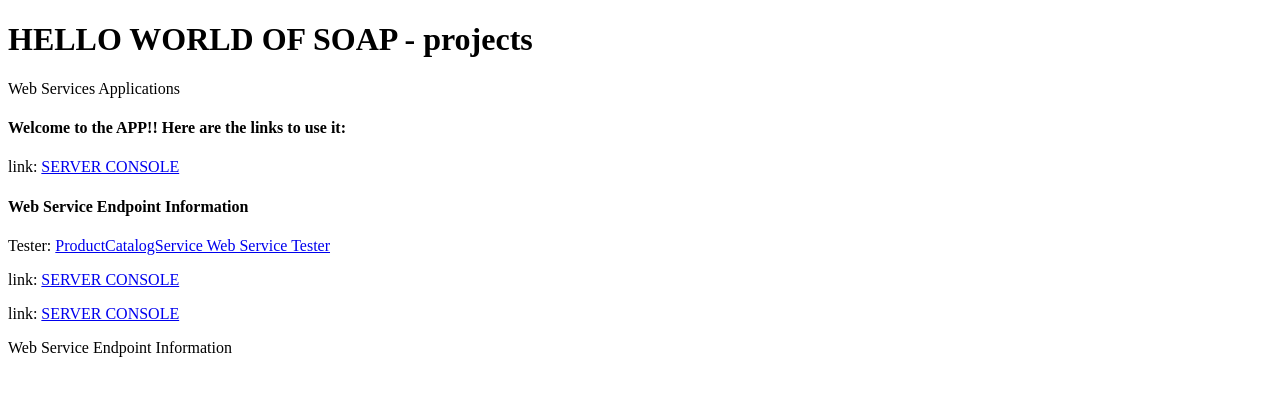
Repository: atafs/BackEnd_JAX-JAX-WS_SOAP
Page: http://localhost/Project_003_SOAP_server_ServiceAndContractFirst/
The author's editor kept a copy of each file at every save. The page is drawn from the files as they stood at one save, then again after the next save.
The browser window is 1280 px wide. The pictures show the whole page.
The page is served by Tomcat 9. Other server files are loaded and not shown.

Above is the page before, as saved 2016-01-26 11:22:57.

### Project_003_SOAP_server_ServiceAndContractFirst/WebContent/index.jsp
<%@ page language="java" contentType="text/html; charset=ISO-8859-1"
    pageEncoding="ISO-8859-1"%>
<!DOCTYPE html PUBLIC "-//W3C//DTD HTML 4.01 Transitional//EN" "http://www.w3.org/TR/html4/loose.dtd">
<html>

<!-- HEADER -->
<head>
<meta http-equiv="Content-Type" content="text/html; charset=ISO-8859-1">
<title>WEB SERVICES</title>
</head>

<!-- BODY -->
<body>
	<h1>HELLO WORLD OF SOAP - projects</h1>
	<p>Web Services Applications</p>

	<!-- LINKS -->
	<h4>Welcome to the APP!! Here are the links to use it: </h4>
	<p>link: <a href="http://localhost:4848/common/index.jsf">SERVER CONSOLE</a></p>

	<h4>Web Service Endpoint Information</h4>
	<p>Tester: <a href="http://atafs:9090/Project_003_SOAP_server_ServiceAndContractFirst/ProductCatalogService?Tester">ProductCatalogService Web Service Tester</a></p>
	<p>link: <a href="http://localhost:4848/common/index.jsf">SERVER CONSOLE</a></p>
	<p>link: <a href="http://localhost:4848/common/index.jsf">SERVER CONSOLE</a></p>

Web Service Endpoint Information

</body>
</html>

After the next save:
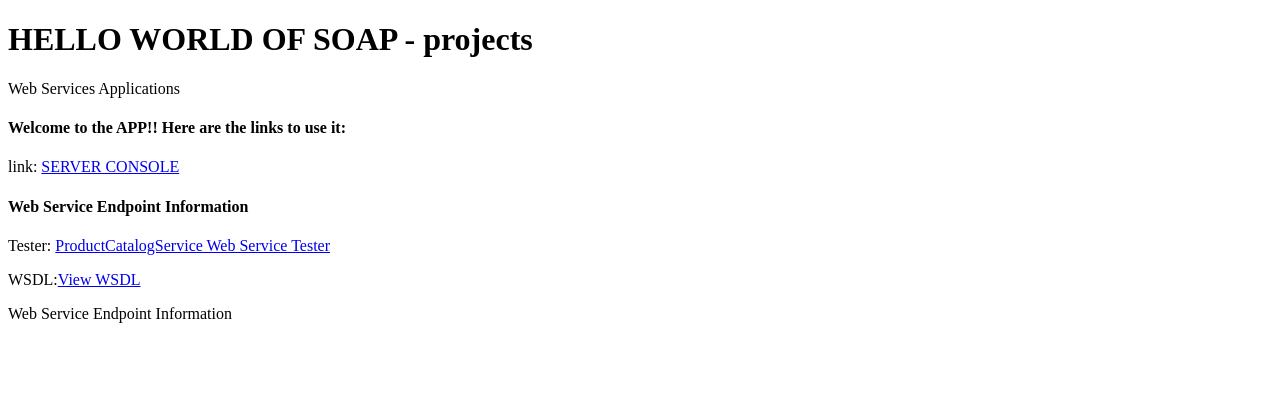
Saved 43 s later.
--- a/Project_003_SOAP_server_ServiceAndContractFirst/WebContent/index.jsp
+++ b/Project_003_SOAP_server_ServiceAndContractFirst/WebContent/index.jsp
@@ -20,8 +20,7 @@
 
 	<h4>Web Service Endpoint Information</h4>
 	<p>Tester: <a href="http://atafs:9090/Project_003_SOAP_server_ServiceAndContractFirst/ProductCatalogService?Tester">ProductCatalogService Web Service Tester</a></p>
-	<p>link: <a href="http://localhost:4848/common/index.jsf">SERVER CONSOLE</a></p>
-	<p>link: <a href="http://localhost:4848/common/index.jsf">SERVER CONSOLE</a></p>
+	<p>WSDL:<a href="http://atafs:9090/Project_003_SOAP_server_ServiceAndContractFirst/ProductCatalogService?wsdl">View WSDL</a></p>
 
 Web Service Endpoint Information
 
